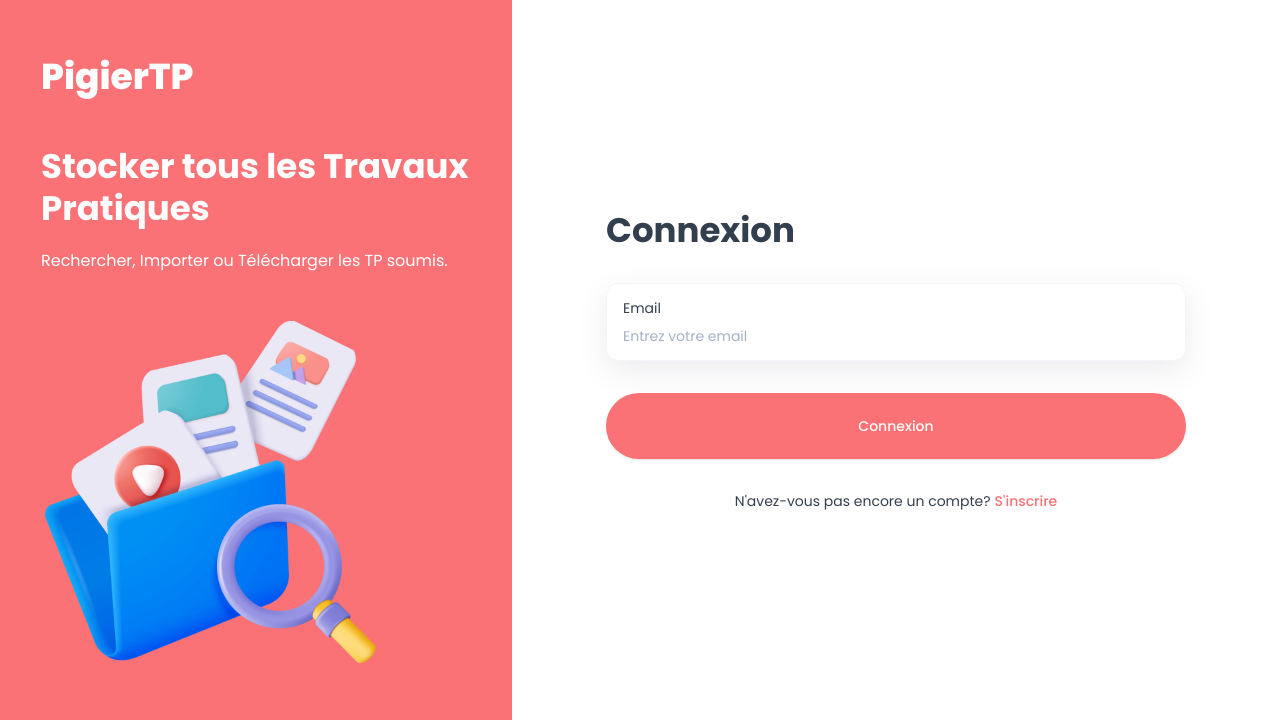
Repository: Tychiq/pigier_tp
Page: /sign-in
The author's editor kept a copy of each file at every save. The page is drawn from the files as they stood at one save, then again after the next save.
The browser window is 1280 px wide. The pictures show the whole page.
The page's requests for data from a server got no answer. The project was rebuilt for these pictures with package versions that can differ from the ones it lists, and the page was loaded fresh each time. The framework's server and built-in components were replaced by stand-ins that run in the browser. No one was signed in, and anything a server would have sent is missing. Also part of the build but not shown: next.config.ts, components/ui/alert-dialog.tsx, components/ui/input-otp.tsx, components/OTPModal.tsx.

Above is the page before, as saved 2025-05-02 11:24:16.

After the next save:
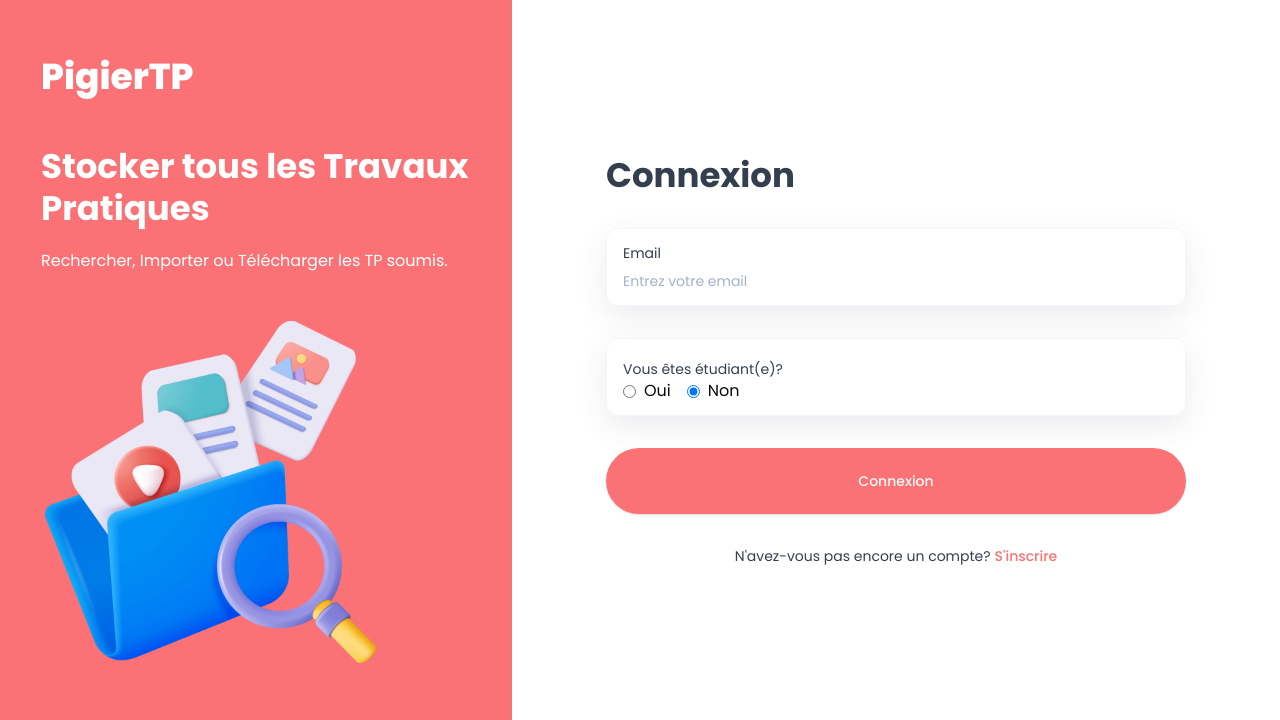
Saved 11 s later.
--- a/components/AuthForm.tsx
+++ b/components/AuthForm.tsx
@@ -29,8 +29,10 @@ const authFormSchema = (formType: FormType) => {
       formType === "sign-up"
         ? z.string().min(2).max(50)
         : z.string().optional(),
+    isStudent: z.boolean(),
   });
 };
+
 
 const AuthForm = ({ type }: { type: FormType }) => {
   const [isLoading, setIsLoading] = useState(false);
@@ -43,7 +45,8 @@ const AuthForm = ({ type }: { type: FormType }) => {
     defaultValues: {
       fullName: "",
       email: "",
-    },
+      isStudent: false,
+    }
   });
 
   const onSubmit = async (values: z.infer<typeof formSchema>) => {
@@ -119,6 +122,43 @@ const AuthForm = ({ type }: { type: FormType }) => {
               </FormItem>
             )}
           />
+
+<FormField
+  control={form.control}
+  name="isStudent"
+  render={({ field }) => (
+    <FormItem>
+      <div className="shad-form-item">
+        <FormLabel className="shad-form-label">Vous êtes étudiant(e)?</FormLabel>
+        <FormControl>
+          <div className="flex items-center space-x-4">
+            <label className="flex items-center space-x-2">
+              <input
+                type="radio"
+                value="true"
+                checked={field.value === true}
+                onChange={() => field.onChange(true)}
+              />
+              <span>Oui</span>
+            </label>
+            <label className="flex items-center space-x-2">
+              <input
+                type="radio"
+                value="false"
+                checked={field.value === false}
+                onChange={() => field.onChange(false)}
+              />
+              <span>Non</span>
+            </label>
+          </div>
+        </FormControl>
+      </div>
+
+      <FormMessage className="shad-form-message" />
+    </FormItem>
+  )}
+/>
+
 
           <Button
             type="submit"
